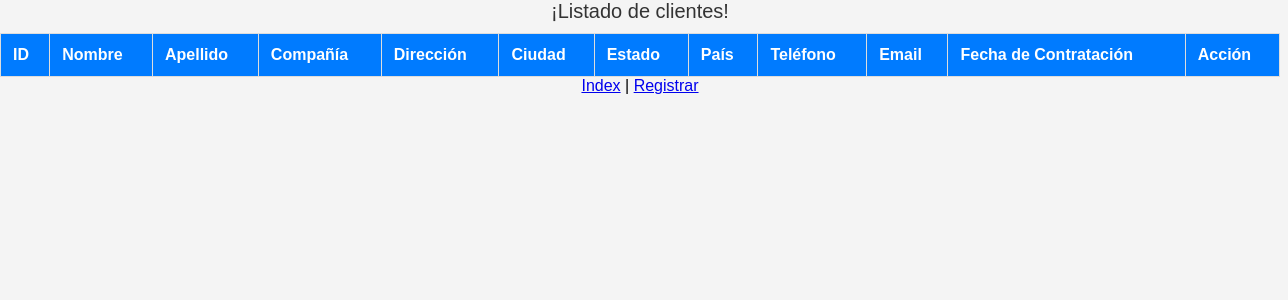
Repository: ANGELEDU141/EXAMEN-PROFE-RAUL
Page: http://localhost/demo/WEB-INF/views/Customer/listar.jsp
The author's editor kept a copy of each file at every save. The page is drawn from the files as they stood at one save, then again after the next save.
The browser window is 1280 px wide. The page is 1280 px wide, then 1288 px, so the pictures cover 1288 px, including what lies to the right of the window. The pictures show the whole page.
The page is served by Tomcat 9. Nobody is signed in. Other server files are loaded and not shown. The template is opened directly, without the code that normally fills it, so the values that code supplies are empty.

Above is the page before, as saved 2024-09-26 02:41:47.

### demo/src/main/webapp/WEB-INF/views/Customer/listar.jsp
<%@ page language="java" contentType="text/html; charset=ISO-8859-1"
    pageEncoding="ISO-8859-1"%>

<!-- JSTL core -->
<%@taglib prefix="c" uri="http://java.sun.com/jsp/jstl/core"%>

<!DOCTYPE html>
<html>
<head>
<meta charset="ISO-8859-1">
<title>Listar Clientes</title>
<style>
 body {
    font-family: Arial, sans-serif;
    background-color: #f4f4f4;
    margin: 0;
    padding: 0;
}

.container {
    width: 80%;
    margin: 20px auto;
    padding: 20px;
    background-color: #fff;
    box-shadow: 0 0 10px rgba(0, 0, 0, 0.1);
    border-radius: 8px;
}

table {
    width: 100%;
    border-collapse: collapse;
    margin-bottom: 20px;
}

table, th, td {
    border: 1px solid #ddd;
}

th, td {
    padding: 12px;
    text-align: left;
}

th {
    background-color: #007BFF;
    color: white;
    font-weight: bold;
}

caption {
    font-size: 24px;
    margin-bottom: 10px;
    color: #333;
}

.actions {
    text-align: center;
    margin-top: 20px;
}

.actions a {
    margin: 0 10px;
    text-decoration: none;
    color: #007BFF;
    font-weight: bold;
    padding: 5px 10px;
    border: 1px solid #007BFF;
    border-radius: 5px;
    transition: background-color 0.3s, color 0.3s;
}

.actions a:hover {
    background-color: #007BFF;
    color: white;
}

.actions a:active {
    background-color: #0056b3;
    color: white;
}


</style>
</head>
<body>
    <div style="width: 100vw;">
        <table style="margin: 0px auto;">
            <caption style="font-size: 20px;">¡Listado de clientes!</caption>
            <tr>
                <th><b>ID</b></th>
                <th><b>Nombre</b></th>
                <th><b>Apellido</b></th>
                <th><b>Compañía</b></th>
                <th><b>Dirección</b></th>
                <th><b>Ciudad</b></th>
                <th><b>Estado</b></th>
                <th><b>País</b></th>
                <th><b>Teléfono</b></th>
                <th><b>Email</b></th>
                <th><b>Fecha de Contratación</b></th>
                <th><b>Acción</b></th>
            </tr>

            <c:forEach var="customer" items="${bCustomers}">
                <tr>
                    <td>${customer.customerId}</td>
                    <td>${customer.firstName}</td>
                    <td>${customer.lastName}</td>
                    <td>${customer.company}</td>
                    <td>${customer.address}</td>
                    <td>${customer.city}</td>
                    <td>${customer.state}</td>
                    <td>${customer.country}</td>
                    <td>${customer.phone}</td>
                    <td>${customer.email}</td>
                    <td>${customer.hireDate}</td>
                    <td>
                        <a href="/senati/customer/editar/${customer.customerId}">Editar</a>
                        <a href="/senati/customer/borrar/${customer.customerId}">Borrar</a>
                        <a href="/senati/customer/detalle/${customer.customerId}">Detalles</a>
                    </td>
                </tr>
            </c:forEach>
        </table>

        <div style="text-align: center;">
            <a href="/senati/index">Index</a> |
            <a href="/senati/customer/registrar">Registrar</a>
        </div>
    </div>
</body>
</html>

After the next save:
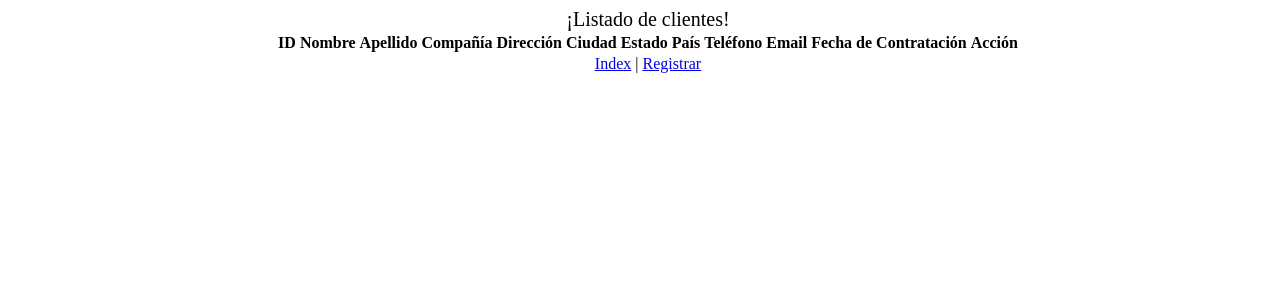
Saved 24 s later.
--- a/demo/src/main/webapp/WEB-INF/views/Customer/listar.jsp
+++ b/demo/src/main/webapp/WEB-INF/views/Customer/listar.jsp
@@ -10,74 +10,6 @@
 <meta charset="ISO-8859-1">
 <title>Listar Clientes</title>
 <style>
- body {
-    font-family: Arial, sans-serif;
-    background-color: #f4f4f4;
-    margin: 0;
-    padding: 0;
-}
-
-.container {
-    width: 80%;
-    margin: 20px auto;
-    padding: 20px;
-    background-color: #fff;
-    box-shadow: 0 0 10px rgba(0, 0, 0, 0.1);
-    border-radius: 8px;
-}
-
-table {
-    width: 100%;
-    border-collapse: collapse;
-    margin-bottom: 20px;
-}
-
-table, th, td {
-    border: 1px solid #ddd;
-}
-
-th, td {
-    padding: 12px;
-    text-align: left;
-}
-
-th {
-    background-color: #007BFF;
-    color: white;
-    font-weight: bold;
-}
-
-caption {
-    font-size: 24px;
-    margin-bottom: 10px;
-    color: #333;
-}
-
-.actions {
-    text-align: center;
-    margin-top: 20px;
-}
-
-.actions a {
-    margin: 0 10px;
-    text-decoration: none;
-    color: #007BFF;
-    font-weight: bold;
-    padding: 5px 10px;
-    border: 1px solid #007BFF;
-    border-radius: 5px;
-    transition: background-color 0.3s, color 0.3s;
-}
-
-.actions a:hover {
-    background-color: #007BFF;
-    color: white;
-}
-
-.actions a:active {
-    background-color: #0056b3;
-    color: white;
-}
 
 
 </style>
